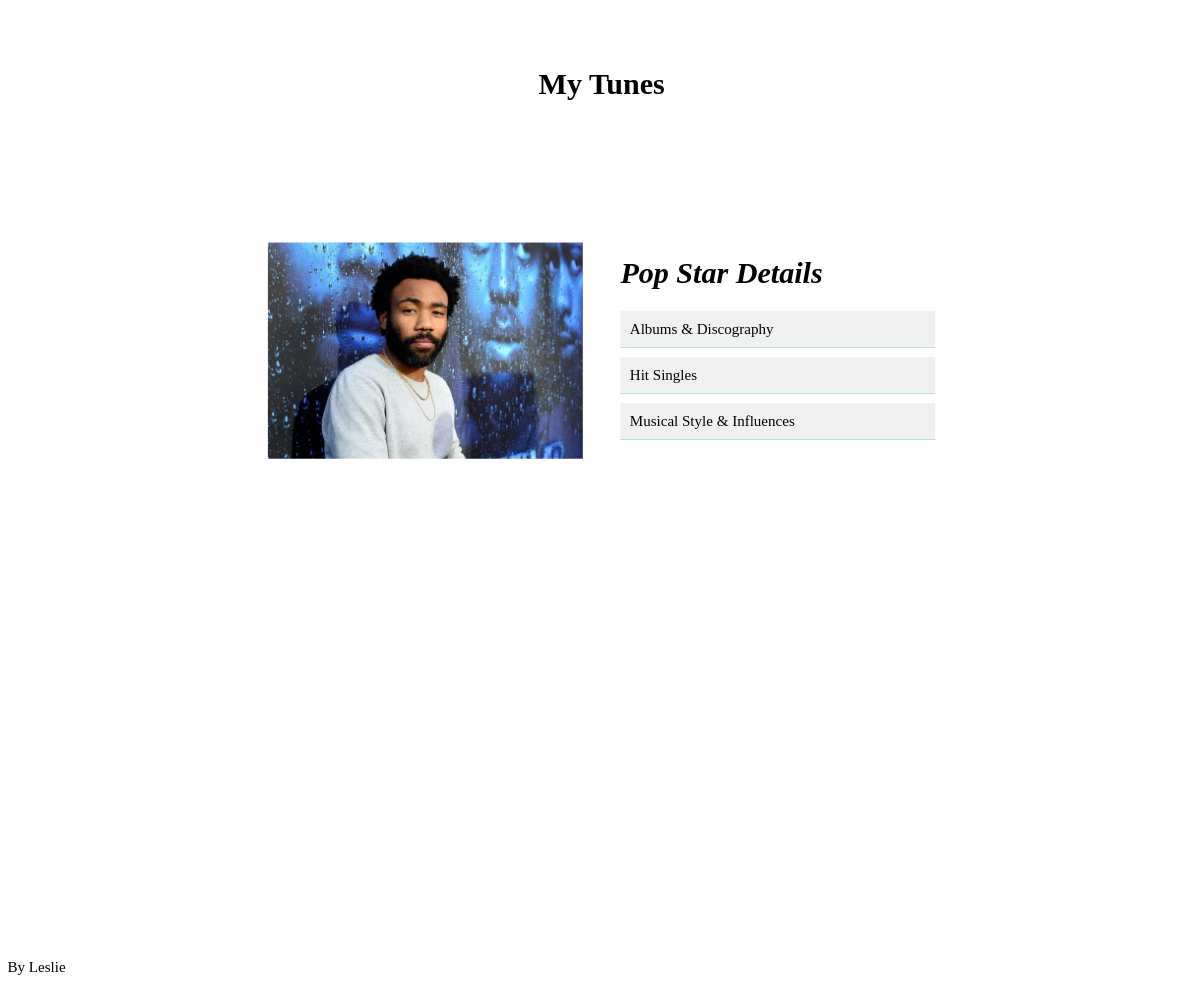
Repository: leslie179/labOne
Page: /
The author's editor kept a copy of each file at every save. The page is drawn from the files as they stood at one save, then again after the next save.
The browser window is 1280 px wide. The pictures show the whole page, at 94% of full size.
The project was rebuilt for these pictures with package versions that can differ from the ones it lists, and the page was loaded fresh each time. The framework's server and built-in components were replaced by stand-ins that run in the browser. Also part of the build but not shown: next.config.js, components/Footer/Footer.module.css.

Above is the page before, as saved 2024-09-15 22:40:39.

### pages/index.js
import Head from 'next/head'
import styles from '@/styles/Home.module.css'
import Footer from '@/components/Footer'
import Header from '@/components/Header'
import LeftComponent from '@/components/LeftComponent'
import RightComponent from '@/components/RightComponent'

export default function Home() {
  return (
    <>
      <Head>
        <title>Create Next App</title>
        <meta name="description" content="Generated by create next app" />
        <meta name="viewport" content="width=device-width, initial-scale=1" />
        <link rel="icon" href="/favicon.ico" />
      </Head>
      <Header/>
      <main className={`${styles.main}`}>
      <div className={styles.container}>
      <div className={styles.left}>
                <LeftComponent />
            </div>
            <div className={styles.right}>
              <h1 className={styles.h1}>Pop Star Details</h1>
                <RightComponent />
            </div>
            </div>
      </main>
      <Footer/>
    </>
  )
}

### styles/globals.css
:root {


}

a {
  color: inherit;
  text-decoration: none;
}

### styles/Home.module.css
.main {
  display: flex;
  flex-direction: column;
  justify-content: space-between;
  align-items: center;
  padding: 6rem;
  min-height: 20vh;
}

.container {
  display: flex;
  width: 70%;
  height: 100vh;

}

.left, .right {
  width: 50%;
  padding: 20px;
  box-sizing: border-box;
}



.h1{
  padding-top: 8%;
  font-style: italic;
}

### components/Footer/index.js
import styles from "./Footer.module.css"

export default function Footer() {
    return(
        <footer className={styles.Footer}>
            By Leslie
        </footer>
    )
}

### components/Header/index.js
import styles from './Header.module.css';


export default function Header() {
    return (
        <header className={styles.header}>
            <h1>My Tunes</h1>
        </header>
    );
}

### components/LeftComponent/index.js
import styles from './LeftComponent.module.css';

export default function LeftComponent() {
    return (
        <div>
            <img src="childish_icon.jpg" alt="Childish Icon" className={styles.image} />
        </div>
    );
}

### components/RightComponent/index.js
import { useState } from 'react';
import styles from './RightComponent.module.css';

export default function RightComponent() {
    const [activeIndex, setActiveIndex] = useState(null);

    const toggleAccordion = (index) => {
        setActiveIndex(activeIndex === index ? null : index);
    };

    const categories = [
        {
            title: 'Albums & Discography',
            content: '"Camp" \n"Because the Internet" \n"Awaken, My Love!"'
        },
        {
            title: 'Hit Singles',
            content: '"3005"\n "Redbone"\n "This Is America" which won Grammys for its cultural impact.'
        },
        {
            title: 'Musical Style & Influences',
            content: 'Blend of hip hop, soul, funk, and rock, drawing influence from Prince, OutKast, and more.'
        }
    ];

    return (
        <div className={styles.accordion}>
            {categories.map((category, index) => (
                <div key={index} className={styles.item}>
                    <div className={styles.title} onClick={() => toggleAccordion(index)}>
                        {category.title}
                    </div>
                    <div className={`${styles.content} ${activeIndex === index ? styles.show : ''}`}>
                        <p>{category.content.split('\n').map((line, i) => (
                            <span key={i}>{line}<br /></span>
                        ))}</p>
                    </div>
                </div>
            ))}
        </div>
    );
}

### components/Header/Header.module.css
.header {
    text-align: center;
    padding-top: 5%;
  }

  .header h1 {
    margin: 0;
    padding: 0;
    font-size: 2rem; /* Adjust as needed */
  }

### components/LeftComponent/LeftComponent.module.css
.left {
    width: 50%;
    background-color: lightgray;
    padding: 20px;
    box-sizing: border-box;
    height: 100vh;
    float: left;
}

.image{
    width: 100%;
    padding-top: 10%;
}

### components/RightComponent/RightComponent.module.css
.right {
    width: 50%;
    padding: 20px;

    box-sizing: border-box;
    height: 100vh;
    float: right;
}


.item {
    border-bottom: 1px solid lightblue;
    margin-bottom: 10px;
}

.title {
    cursor: pointer;
    padding: 10px;
    background-color: #f0f0f0;
}

.content {
    max-height: 0;
    overflow: hidden;
    transition: max-height 0.3s ease-out;
}

.show {
    max-height: 100px;
}

Loaded but not shown: pages/_app.js (common file); pages/_document.js (common file)

After the next save:
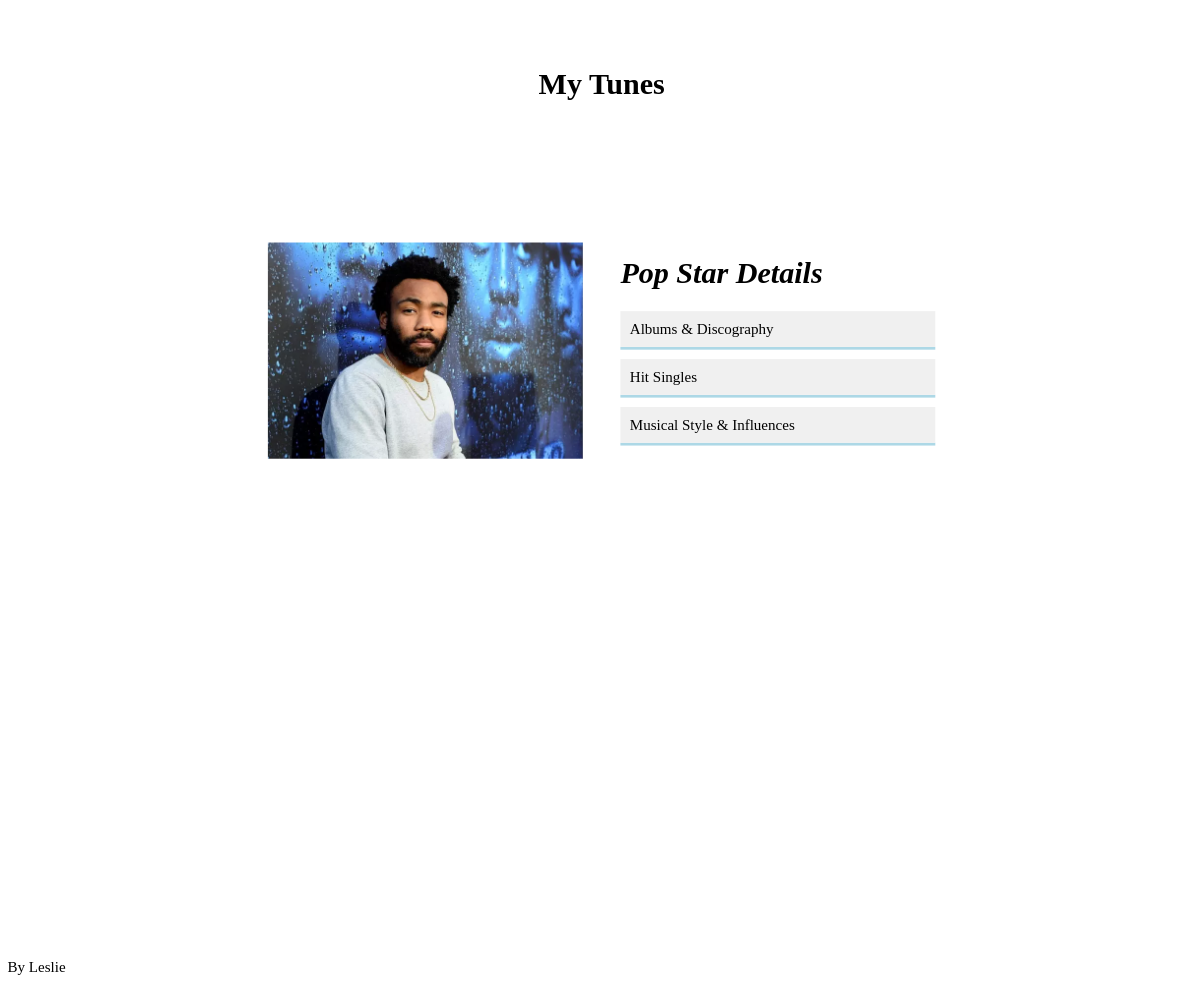
Saved 4 s later.
--- a/components/RightComponent/RightComponent.module.css
+++ b/components/RightComponent/RightComponent.module.css
@@ -9,7 +9,7 @@
 
 
 .item {
-    border-bottom: 1px solid lightblue;
+    border-bottom: 3px solid lightblue;
     margin-bottom: 10px;
 }
 
